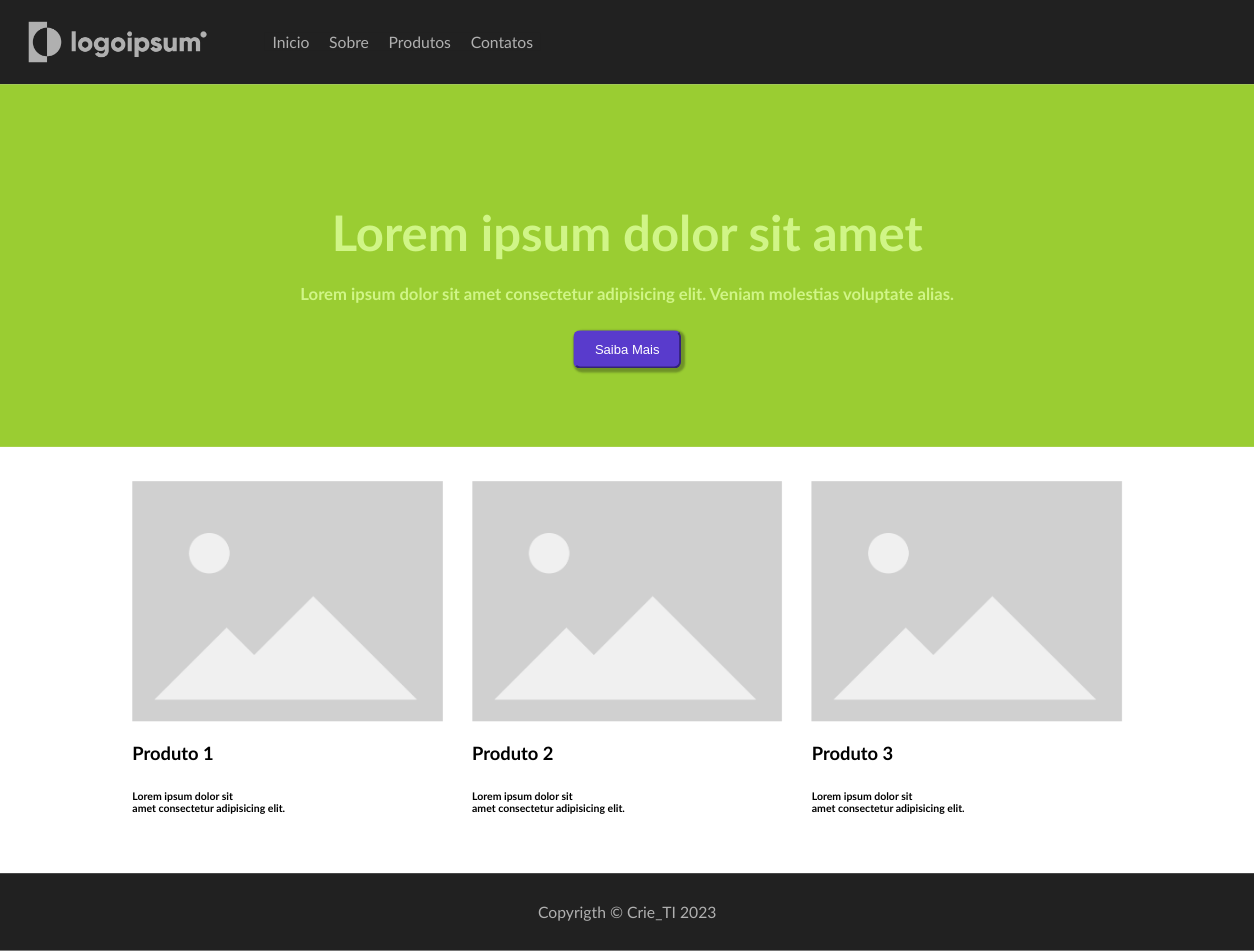
Repository: robsonwssantos/Projeto_Olaria
Page: Exercicios/ex.01/index.html
The author's editor kept a copy of each file at every save. The page is drawn from the files as they stood at one save, then again after the next save.
The browser window is 1280 px wide. The pictures show the whole page, at 98% of full size.

Above is the page before, as saved 2023-04-21 13:21:09.

After the next save:
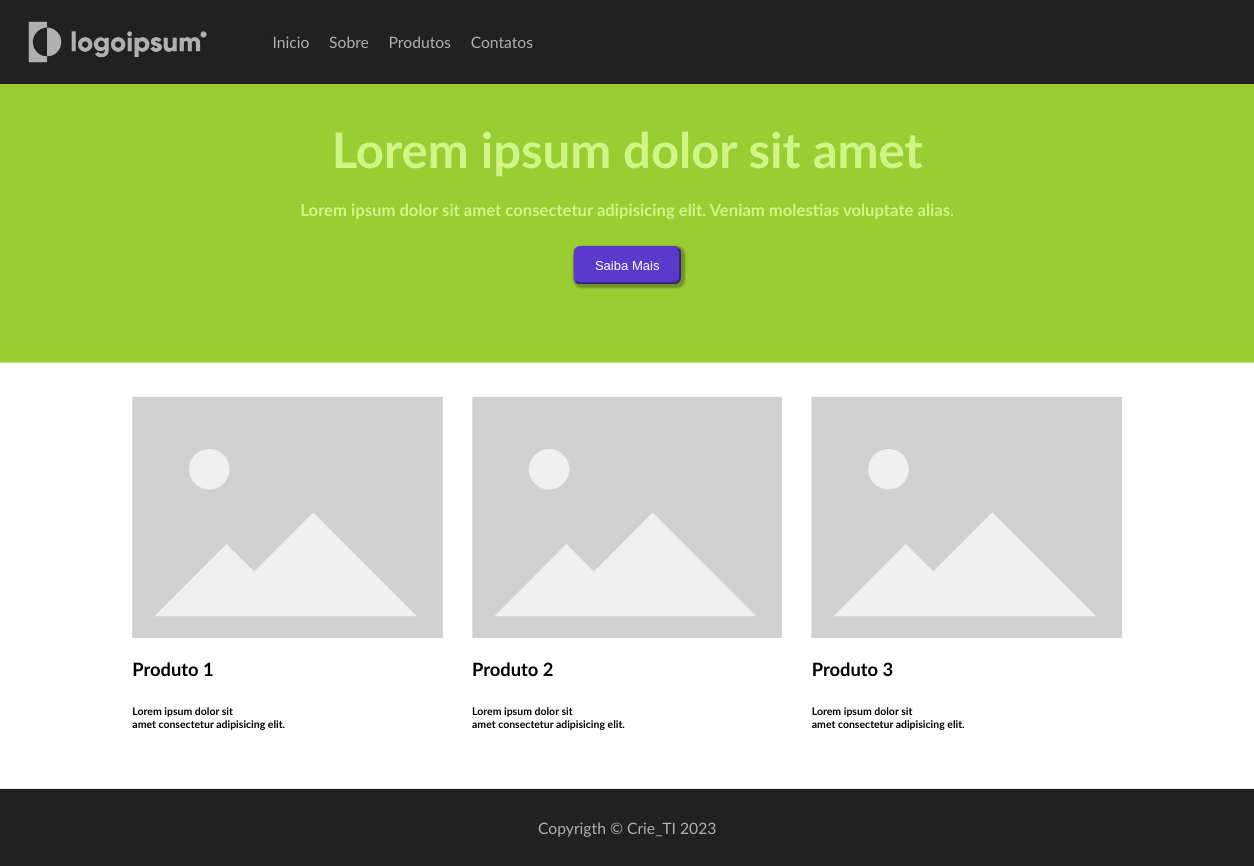
Saved 22 s later.
--- a/Exercicios/ex.01/index.html
+++ b/Exercicios/ex.01/index.html
@@ -51,13 +51,13 @@
             align-items: center;
             background-color:#212121;
             padding-left: 20px;
-            padding-right: 400px;
+            padding-right: 20px;
             box-sizing: border-box;
             color: #B0B0B0;;
-          /*  width: 100%;
+           width: 100%;
             position: absolute;
             position: fixed;
-            top: 0; */
+            top: 0;
         }
 
         header img {

After the save that followed:
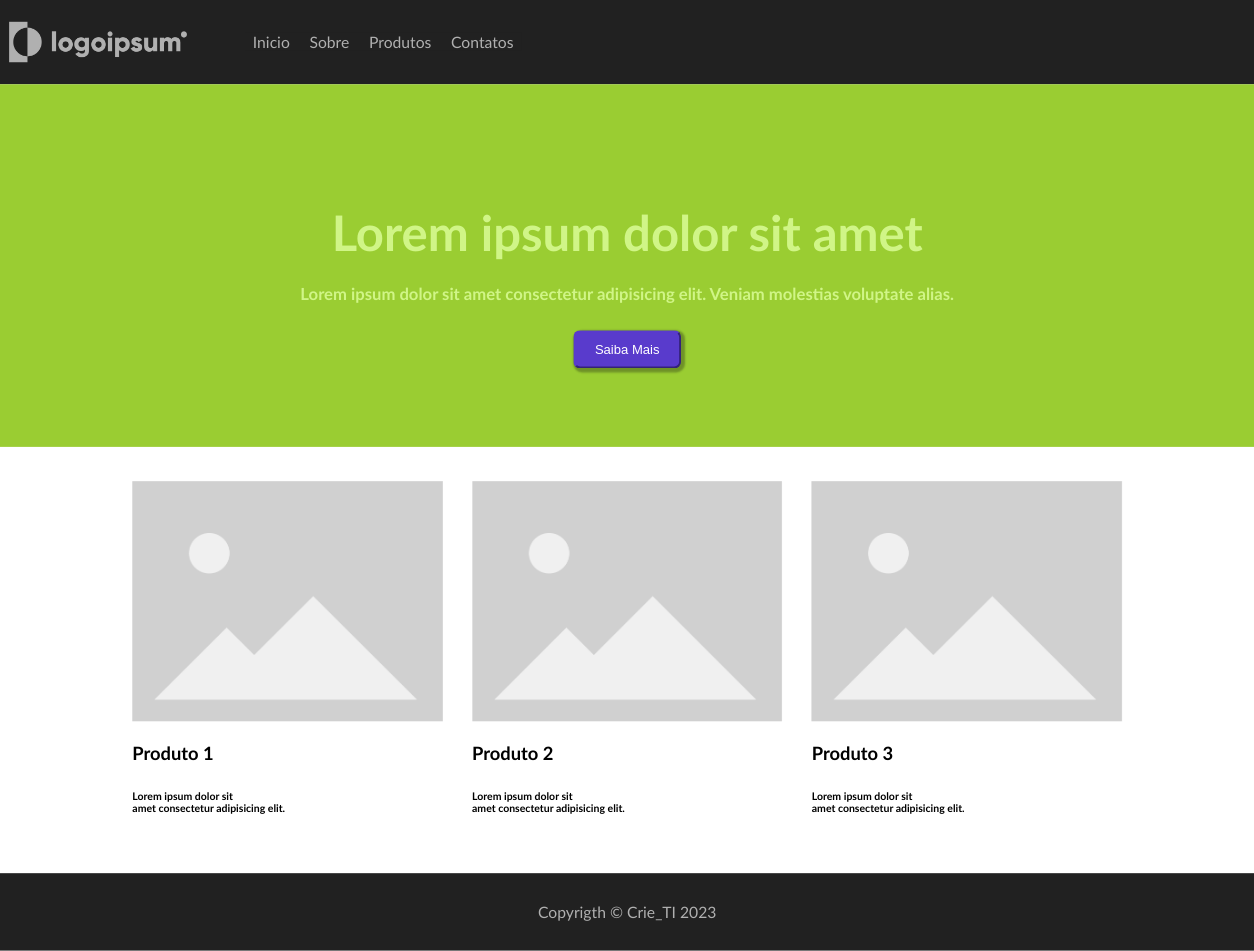
Saved 37 s later.
--- a/Exercicios/ex.01/index.html
+++ b/Exercicios/ex.01/index.html
@@ -50,14 +50,12 @@
             display: flex;
             align-items: center;
             background-color:#212121;
-            padding-left: 20px;
-            padding-right: 20px;
             box-sizing: border-box;
             color: #B0B0B0;;
-           width: 100%;
+          /*  width: 100%;
             position: absolute;
             position: fixed;
-            top: 0;
+            top: 0; */
         }
 
         header img {
